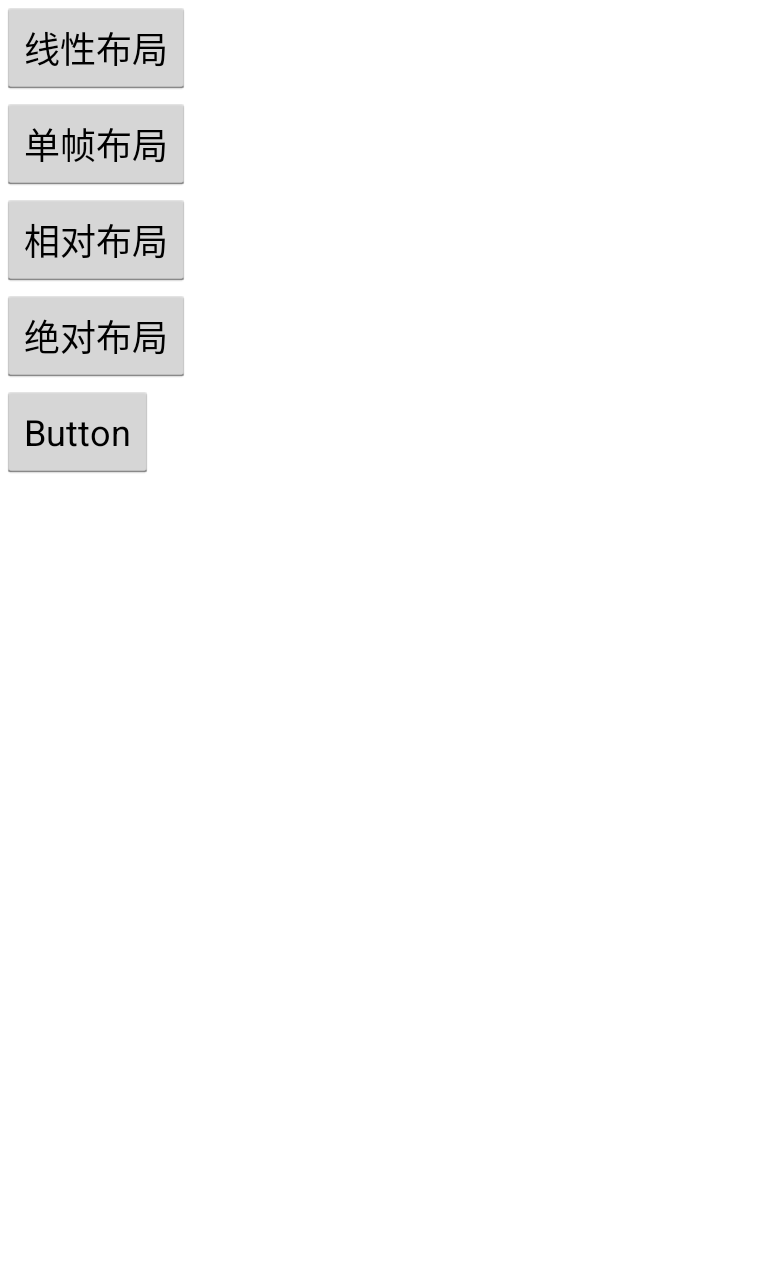
Repository: treizeor/android-examples
Layout: Ch003Layouts/res/layout/linearlayout_main.xml
The author's editor kept a copy of each file at every save. The layout is drawn from the files as they stood at one save, then again after the next save.
It is drawn on a 768 x 1280 px phone screen (xhdpi) without system bars, with theme AppTheme; the app's code is not run.

Above is the layout before, as saved 2014-06-02 03:51:39.

After the next save:
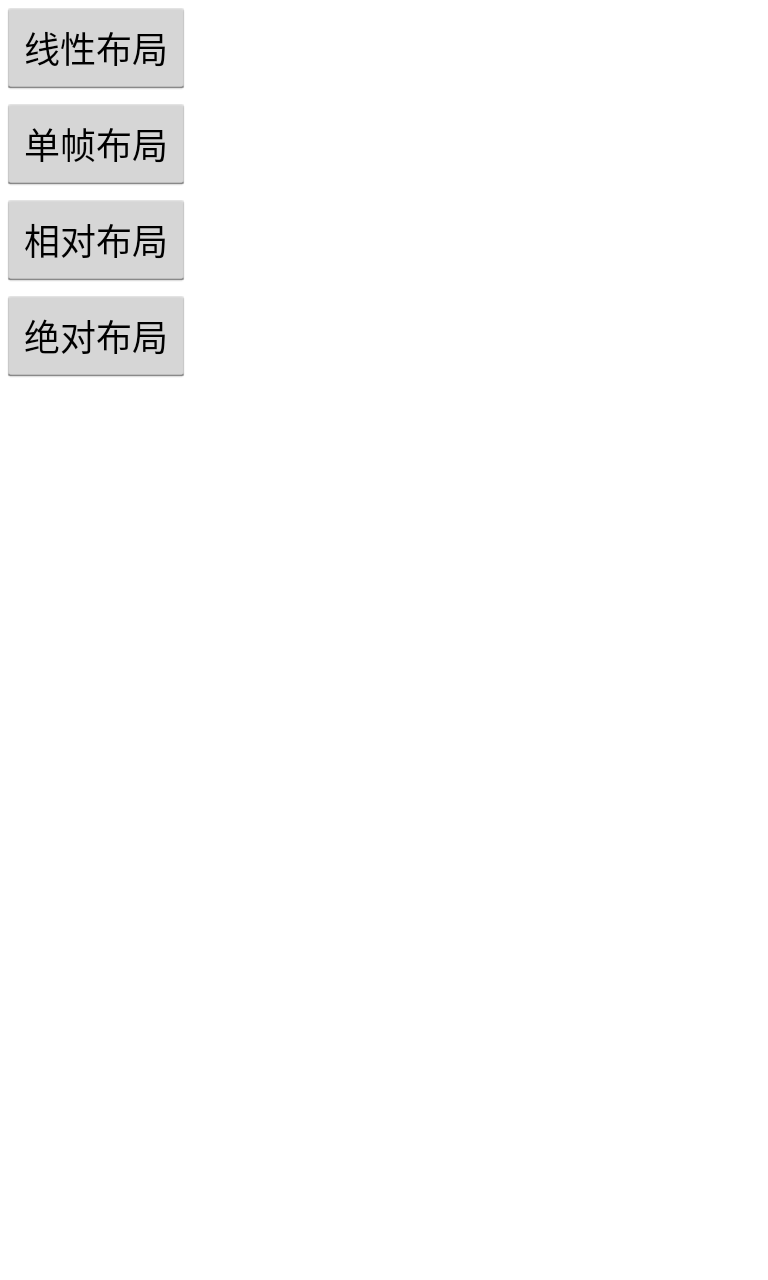
Saved 90 s later.
--- a/Ch003Layouts/res/layout/linearlayout_main.xml
+++ b/Ch003Layouts/res/layout/linearlayout_main.xml
@@ -28,10 +28,6 @@
         android:layout_height="wrap_content"
         android:text="@string/abs" />
 
-    <Button
-        android:id="@+id/button1"
-        android:layout_width="wrap_content"
-        android:layout_height="wrap_content"
-        android:text="Button" />
+
 
 </LinearLayout>
